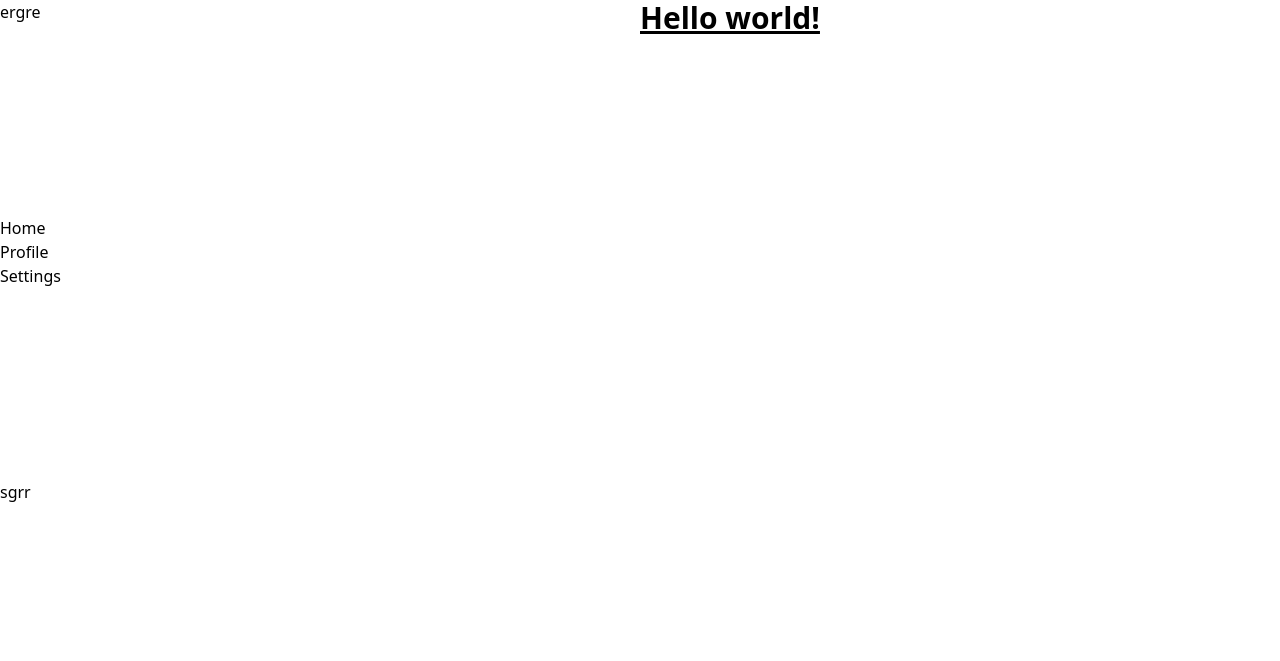
Repository: Yh010/dukaanDashboard
Page: /
These files come from the project's save history. The page is drawn as it stood at one moment and after the next save; the edit follows.
The browser window is 1280 px wide. The pictures show the whole page.
The project was rebuilt for these pictures with package versions that can differ from the ones it lists, and the page was loaded fresh each time. Also part of the build but not shown: vite.config.js, src/App.css.

Above is the page before, as saved 2024-01-21 11:17:51.

After the next save:
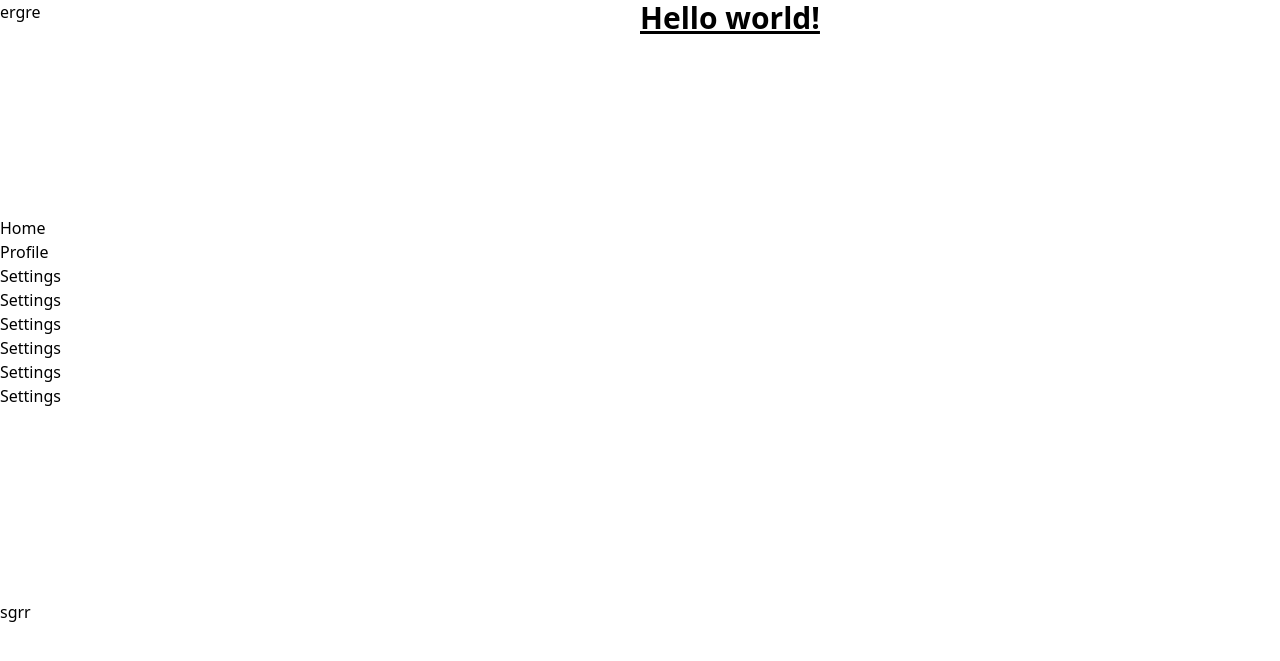
Saved 47 s later.
--- a/src/components/sidenavbar.jsx
+++ b/src/components/sidenavbar.jsx
@@ -12,6 +12,12 @@ function SideNavBar() {
                     <li>Home</li>
                     <li>Profile</li>
                     <li>Settings</li>
+                    <li>Settings</li>
+                    <li>Settings</li>
+                    <li>Settings</li>
+                    <li>Settings</li>
+                    <li>Settings</li>
+
                  </ul>
             </div>
 
